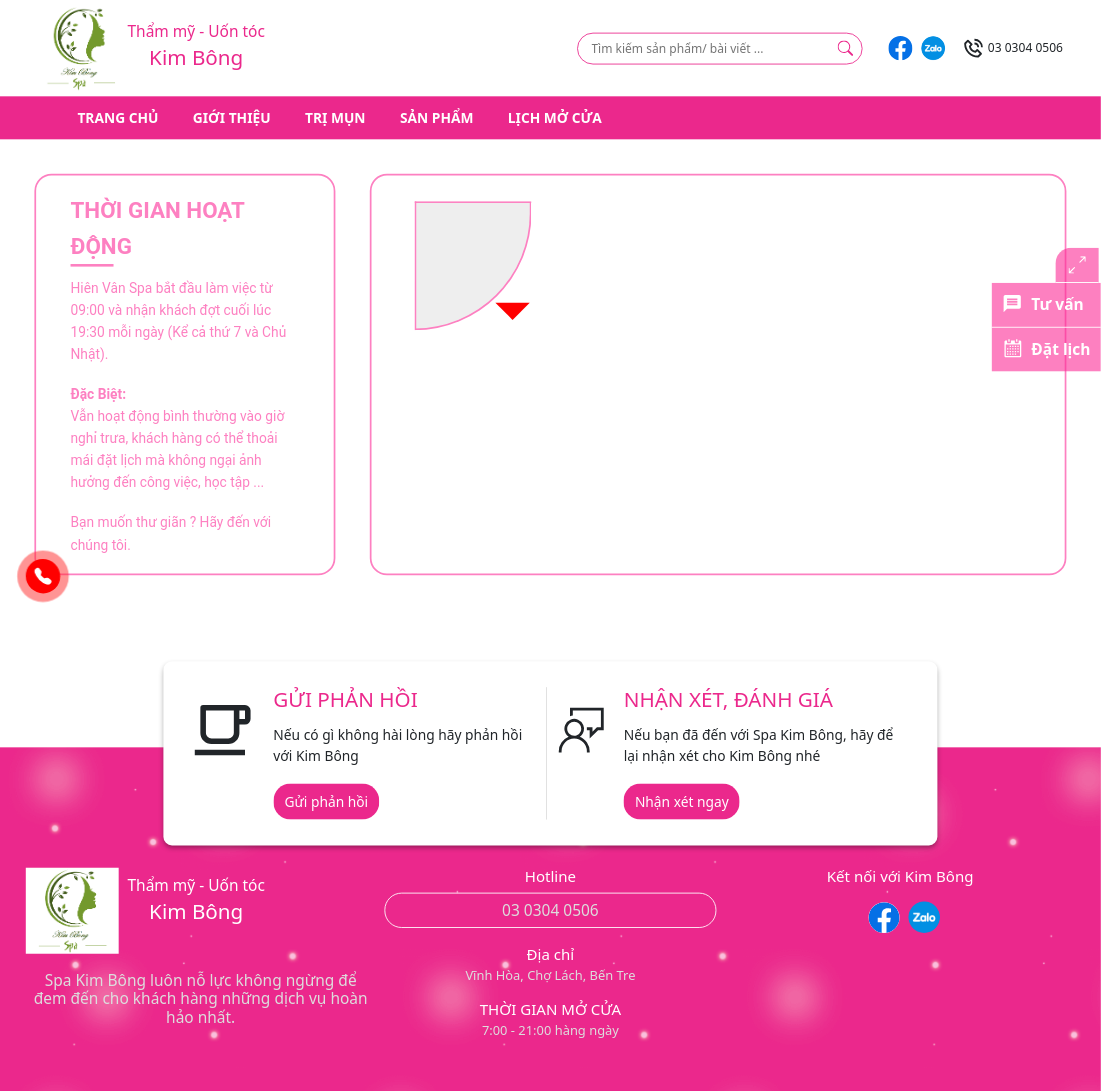
Repository: tranduykhuong/SpaKimBong
Page: /calendar
An editor plug-in stored every save of this project. The page is shown before and after the next save, followed by the edit.
The browser window is 1280 px wide. The pictures show the whole page, at 86% of full size.
The project was rebuilt for these pictures with package versions that can differ from the ones it lists, and the page was loaded fresh each time. Also part of the build but not shown: src/components/Banner/banner.scss, src/components/Banner/Banner.js, src/pages/Home/home.scss, src/pages/Home/ListImage/listImage.scss, src/pages/Home/ListImage/ListImage.js, src/pages/Home/BookOnline/bookOnl.scss, src/pages/Home/BookOnline/Modal/ModalBook/modalbook.scss, src/pages/Home/BookOnline/Modal/ModalBook/modalbook.js and 24 more.

Above is the page before, as saved 2022-06-07 10:20:55.

### src/App.js
import "./App.scss";
import Header from "./components/Header/Header";
import Home from "./pages/Home/Home";
import "bootstrap/dist/css/bootstrap.min.css";
import { Route, Routes } from "react-router-dom";
import About from "./pages/About/About";
import Products from "./pages/Product/Products";
import ProductDetail from "./pages/Product/ProductDetail/ProductDetail";
import AcneTreatment from "./pages/AcneTreatment/AcneTreatment";
import ContactToolbox from "./components/ContactToolbox/ContactToolbox";
import BackToTop from "./components/BackToTop/BackToTop";
import PhoneTool from "./components/PhoneTool/PhoneTool";
import Calendar from "./pages/Calendar/Calendar";

function App() {
  return (
    <div className="App">
      <Header />
      <ContactToolbox />
      <BackToTop />
      <PhoneTool />
      <Routes>
        <Route path="/" element={<Home />} />
        <Route path="/about" element={<About />} />
        <Route path="/products" element={<Products />} />
        <Route path="/acne" element={<AcneTreatment />} />
        <Route path="/calendar" element={<Calendar />} />

        <Route path="/products/1" element={<ProductDetail />} />
      </Routes>
    </div>
  );
}

export default App;

### src/components/ContactToolbox/ContactToolbox.js
import React, { useState } from "react";
import "./contactToolbox.scss";
import { MdMessage } from "react-icons/md";
import { GoCalendar } from "react-icons/go";
import { BsArrowsAngleExpand } from "react-icons/bs";

const ContactToolbox = () => {
  const [hidden, setHidden] = useState(false);

  return (
    <div className="contactFixed">
      <div className="toolboxScroll" onClick={() => setHidden((prev) => !prev)}>
        <BsArrowsAngleExpand className="iconArrow" />
      </div>
      <div className={"toolboxList " + (hidden ? "hidden" : "open")}>
        <div className="advise toolboxItem">
          <MdMessage className="iconMessage" />
          <p>Tư vấn</p>
        </div>
        <div className="book toolboxItem">
          <GoCalendar className="iconCalendar" />
          <p>Đặt lịch</p>
        </div>
      </div>
    </div>
  );
};

export default ContactToolbox;

### src/components/BackToTop/BackToTop.js
import React, { useEffect, useState } from "react";
import "./backToTop.scss";
import { FaRegArrowAltCircleUp } from "react-icons/fa";

const BackToTop = () => {
  const [clicked, setClick] = useState(true);
  const [hiddenArrow, setHiddenArrow] = useState(true);

  useEffect(() => {
    const handleScroll = () => {
      if (window.scrollY > 550) setHiddenArrow(false);
      else setHiddenArrow(true);
    };
    window.addEventListener("scroll", handleScroll);
    return () => {
      window.removeEventListener("scroll", handleScroll);
    };
  }, []);

  useEffect(() => {
    window.scrollTo(0, 0);
  }, [clicked]);

  return (
    <div
      className={"backToTop " + (hiddenArrow ? "" : "show")}
      onClick={() => setClick((prev) => !prev)}
    >
      <FaRegArrowAltCircleUp className="icon" />
    </div>
  );
};

export default BackToTop;

### src/components/PhoneTool/PhoneTool.js
import React from "react";
import "./phoneTool.scss";
import { BsFillTelephoneFill } from "react-icons/bs";

const PhoneTool = () => {
  return (
    <div className="phoneTool">
      <div className="phone">
        <BsFillTelephoneFill className="iconPhone" />
      </div>
      <div className="circle"></div>
    </div>
  );
};

export default PhoneTool;

### src/pages/Calendar/Calendar.js
import React from "react";
import "./calendar.scss";
import Footer from "./../../components/Footer/Footer";

const Calendar = () => {
  return (
    <div>
      <div className="container-calendar">
        <div className="container-bg-calendar">
          <div className="calendar">
            <div className="calendar-content">
              <h3>THỜI GIAN HOẠT ĐỘNG</h3>
              <p>
                Hiên Vân Spa bắt đầu làm việc từ 09:00 và nhận khách đợt cuối
                lúc 19:30 mỗi ngày (Kể cả thứ 7 và Chủ Nhật).
              </p>
              <strong id="special">Đặc Biệt:</strong>
              <p>
                Vẫn hoạt động bình thường vào giờ nghỉ trưa, khách hàng có thể
                thoải mái đặt lịch mà không ngại ảnh hưởng đến công việc, học
                tập ...
              </p>
              <p>Bạn muốn thư giãn ? Hãy đến với chúng tôi.</p>
            </div>

            <div className="calendar-boxs-day">
              <div className="calendar-boxs">
                <div className="calendar-box">
                  {/* <p><strong>MONDAY</strong></p> */}
                </div>
                {/* <div className="calendar-box"></div>
                <div className="calendar-box"></div>
                <div className="calendar-box"></div>
                <div className="calendar-box"></div>
                <div className="calendar-box"></div>
                <div className="calendar-box"></div> */}
              </div>
            </div>
          </div>
        </div>
      </div>

      <Footer />
    </div>
  );
};

export default Calendar;

### src/components/Header/header.scss
@import '../../SCSS/base/variables.scss';
$height-navbar: 5rem;

.header {
    .mg-navbar {
        margin-bottom: $height-navbar;
    }

    .infor {
        max-width: 1200px;
        padding: .6rem 0;
        display: flex;
        justify-content: space-between;
        margin: 0 auto;

        .logo {
            display: flex;
            flex: 1;

            img {
                height: 10rem;
            }

            .nameSpa {
                color: $main-color;
                margin: auto 0;

                h4 {
                    font-size: 1.8rem;
                    font-weight: 500;
                }

                h2 {
                    font-size: 2.4rem;
                }
            }
        }


        .search {
            margin: auto 0;
            border-radius: 50px;
            border: solid .1rem $main-color;
            height: 37px;
            display: flex;

            input {
                font-size: 1.4rem;
                margin: auto 16px;
                min-width: 26rem;
                border: none;
                outline: none;
            }

            .icon {
                margin: auto 10px;
                cursor: pointer;
            }

            .iconSearch {
                width: 1.8rem;
                height: 1.8rem;
                color: $main-color;

                &:hover {
                    color: #f867b2;
                }
            }
        }

        .contact {
            display: flex;
            margin-left: 20px;

            .icon {
                margin: auto 0;
                margin-left: 10px;

            }

            .iconFacebook {
                width: 2.8rem;
                height: 2.8rem;
                color: rgba($color: #0570e6, $alpha: 1.0);
            }

            .iconZalo {
                width: 2.8rem;
                height: 2.8rem;
                border-radius: 50%;
            }

            .phone {
                margin: auto 0;
                margin-left: 20px;
                display: flex;

                .iconPhone {
                    width: 2.6rem;
                    height: 2.6rem;
                }

                h3 {
                    font-size: 1.4rem;
                    font-weight: 500;
                    margin: auto 4px;
                }
            }

        }
    }

    .fixedNavbar {
        position: fixed;
        top: 0;
        left: 0;
        z-index: 50;
        width: 100%;
        animation: fixedNavbar 1s forwards;
    }

    @keyframes fixedNavbar {
        from {
            top: -5rem;
            opacity: 0;
        }

        to {
            top: 0;
            opacity: 1;
        }
    }

    .myNavbar {
        height: $height-navbar;
        background-color: $main-color;

        .navbarContent {
            max-width: 1200px;
            margin: 0 auto;

            .navbarList {
                display: flex;
                margin: 0 1rem;
                // justify-content: space-evenly;

                li {
                    list-style: none;

                    a {
                        line-height: $height-navbar;
                        height: $height-navbar;
                        display: block;
                        color: #fff;
                        font-size: 1.6rem;
                        font-weight: 600;
                        text-decoration: none;
                        padding: 0 2rem;
                    }

                    &:hover {
                        background-color: #f844a1;
                        cursor: pointer;
                    }
                }

                .active {
                    background-color: #dd0876;
                }
            }
        }
    }
}

### src/components/Footer/Footer.js
import React, { useEffect } from "react";
import "./footer.scss";
import { BsFacebook } from "react-icons/bs";
import { RiCupLine } from "react-icons/ri";
import { VscFeedback } from "react-icons/vsc";

const Footer = () => {
  return (
    <div className="footer">
      <div className="logo">
        <div className="info">
          <img src="../../img/logoSpa.png" alt="" />
          <div className="nameSpa">
            <h4>Thẩm mỹ - Uốn tóc</h4>
            <h2>Kim Bông</h2>
          </div>
        </div>

        <h5>
          Spa Kim Bông luôn nỗ lực không ngừng để đem đến cho khách hàng những
          dịch vụ hoàn hảo nhất.
        </h5>
      </div>

      <div className="address">
        <h3>Hotline</h3>
        <div className="hotline">03 0304 0506</div>
        <h3>Địa chỉ</h3>
        <h4>Vĩnh Hòa, Chợ Lách, Bến Tre</h4>
        <h3>THỜI GIAN MỞ CỬA</h3>
        <h4>7:00 - 21:00 hàng ngày</h4>
      </div>
      <div className="contact">
        <h3>Kết nối với Kim Bông</h3>
        <a href="/" className="icon">
          <BsFacebook className="iconFacebook" />
        </a>
        <a href="/" className="icon">
          <img src="../../img/Zalo.png" alt="" className="iconZalo" />
        </a>
      </div>

      <div className="subFooter">
        <div className="report">
          <RiCupLine className="icon" />
          <div>
            <h3>Gửi phản hồi</h3>
            <p>Nếu có gì không hài lòng hãy phản hồi với Kim Bông</p>
            <div className="btn">Gửi phản hồi</div>
          </div>
        </div>
        <div className="feedback">
          <VscFeedback className="icon" />
          <div>
            <h3>Nhận xét, Đánh giá</h3>
            <p>
              Nếu bạn đã đến với Spa Kim Bông, hãy để lại nhận xét cho Kim Bông
              nhé
            </p>
            <div className="btn">Nhận xét ngay</div>
          </div>
        </div>
      </div>
    </div>
  );
};

export default Footer;

### src/components/ContactToolbox/contactToolbox.scss
.contactFixed {
    position: fixed;
    top: 50%;
    transform: translateY(-50%);
    right: 0;
    z-index: 100;
    cursor: pointer;

    .toolboxScroll {
        border-top-left-radius: 1.8rem;
        background-color: rgba($color: #fc2c97, $alpha: 0.6);
        width: 5rem;
        padding: 1rem;
        color: #fff;
        transform: translateX(149%);
        border-bottom: 1px solid #fff;

        .iconArrow {
            width: 2rem;
            height: 2rem;
        }
    }

    .toolboxList {
        background-color: rgba($color: #fc2c97, $alpha: 0.6);


        .toolboxItem {
            display: flex;
            padding: 1.2rem;
            color: #fff;

            p {
                font-size: 1.8rem;
                margin: 0;
                padding-left: 1rem;
                font-weight: 600;
            }
        }

        .advise {
            border-bottom: 1px solid #fff;

            .iconMessage {
                width: 2.4rem;
                height: 2.4rem;
            }
        }

        .book {

            .iconCalendar {
                width: 2.4rem;
                height: 2.4rem;
            }
        }
    }

    .hidden {
        animation: toRight 0.8s linear forwards;
    }

    .open {
        animation: toLeft 0.8s linear backwards;
    }

    @keyframes toRight {
        to {
            transform: translateX(62%);
        }
    }

    @keyframes toLeft {
        from {
            transform: translateX(62%);

        }

        to {
            transform: translateX(0);
        }
    }
}

### src/components/BackToTop/backToTop.scss
.backToTop {
    position: fixed;
    bottom: 2rem;
    right: 2rem;
    z-index: 100;
    display: none;

    .icon {
        width: 4rem;
        height: 4rem;
        color: #fa72b8;
        cursor: pointer;
    }
}

.show {
    animation: FadeIn 0.8s forwards;
    display: block;

    @keyframes FadeIn {
        from {
            bottom: 0;
        }

        to {
            bottom: 2rem;
        }
    }
}

### src/components/PhoneTool/phoneTool.scss
.phoneTool {
    position: fixed;
    width: 6rem;
    height: 6rem;
    left: 1rem;
    border-radius: 50%;
    bottom: 3rem;
    z-index: 100;
    cursor: pointer;

    .phone {
        position: absolute;
        z-index: 5;
        top: 34%;
        left: 34%;
        background-color: red;
        padding: 1rem;
        border-radius: 50%;
        animation: phoneSkin 1s infinite ease-in-out;

        .iconPhone {
            height: 2rem;
            width: 2rem;
            color: #fff;

        }

        @keyframes phoneSkin {
            0% {
                transform: rotate(0) scale(1) skew(1deg);
            }

            10% {
                transform: rotate(-25deg) scale(1) skew(1deg);
            }

            20% {
                transform: rotate(25deg) scale(1) skew(1deg);
            }

            30% {
                transform: rotate(-25deg) scale(1) skew(1deg);
            }

            40% {
                transform: rotate(25deg) scale(1) skew(1deg);
            }

            50% {
                transform: rotate(0) scale(1) skew(1deg);
            }

            100% {
                transform: rotate(0) scale(1) skew(1deg);
            }
        }
    }

    .circle {
        position: absolute;
        width: 6rem;
        height: 6rem;
        border-radius: 50%;
        top: 16%;
        left: 16%;
        background-color: rgba($color: rgb(255, 42, 42), $alpha: 0.5);
        animation: zoom 1s infinite;

        @keyframes zoom {
            0% {
                transform: scale(0.9);
            }

            70% {
                transform: scale(1);
                box-shadow: 0 0 0 15px transparent;
            }

            100% {
                transform: scale(0.9);
                box-shadow: 0 0 0 0 transparent;
            }
        }
    }
}

### src/pages/Calendar/calendar.scss
.container-calendar {
  .container-bg-calendar {
    .calendar {
      display: flex;
      width: 100%;
      text-align: left;
      padding: 4rem;
      font-family: "Roboto", sans-serif;

      .calendar-content {
        width: 30%;
        border: solid 2px #fd80c1;
        // border-bottom-left-radius: 20px;
        // border-top-left-radius: 20px;
        // border-top-right-radius: 20px;
        border-radius: 20px;
        padding: 2rem 4rem 0;
        margin-right: 4rem;
        h3 {
          margin: 0 0 13px;
          color: #fd80c1;
          font-size: 26px;
          font-weight: bold;
          line-height: 1.6;
        }

        h3:after {
          content: "";
          display: block;
          width: 5rem;
          height: 0.25rem;
          background: #fd80c1;
        }

        #special {
          color: #fd80c1;
          font-size: 16px;
          line-height: 1.6;
          margin-bottom: 0;
        }

        p {
          margin: 0 0 21px;
          color: #fd80c1;
          font-size: 16px;
          line-height: 1.6;
        }
      }

      .calendar-boxs-day {
        width: 70%;
        border: solid 2px #fd80c1;
        border-radius: 20px;
        padding: 3rem 0 2rem 5rem;

        .calendar-boxs {
          display: flex;
          width: 100%;
          flex-wrap: wrap;

          .calendar-box {
            margin: 0 1rem 1rem 0;
            width: 18%;
            height: 15rem;
            border: solid 2px #fd80c1;
            border-bottom-right-radius: 20rem;


            // margin: 10px;
            // width: 300px;
            // height: 200px;
            background-color: #eee;
            // border-radius: 30px;
            position: relative;

            // p{
            //   font: 30px "Roboto", sans-serif;
            // }
          }
          .calendar-box:before {
            content: "";
            position: absolute;
            bottom: 1rem;
            right: 0;
            border-top: 2rem solid red;
            border-right: 2rem solid transparent;
            border-left: 2rem solid transparent;
          }
        }
      }
    }
  }
}

### src/SCSS/base/variables.scss
$main-color: #eb288c;
$text-color: #444;
$title-color: #fff;

### src/components/Footer/footer.scss
@import '../../SCSS/base/variables.scss';

.footer {
    background-image: url(../../../public/img/sparkle1.png), url(../../../public/img/sparkle2.png);
    width: 100%;
    height: 400px;
    background-color: $main-color;
    animation: sparkle 60s linear infinite;
    padding: 14rem 3rem 0;
    display: flex;
    justify-content: space-around;
    position: relative;
    margin-top: 16rem;

    .logo {
        flex: 1;

        .info {
            display: flex;

            img {
                height: 10rem;
            }

            .nameSpa {
                color: $title-color;
                margin: 1rem;

                h4 {
                    font-size: 1.8rem;
                    font-weight: 500;
                }

                h2 {
                    font-size: 2.4rem;
                }
            }
        }

        h5 {
            margin: 2rem .6rem;
            font-size: 1.8rem;
            font-weight: 400;
            color: #ddd;
        }
    }

    .contact {
        flex: 1;
        text-align: center;

        h3 {
            margin-bottom: 1.8rem;
            color: $title-color;
        }

        .icon {
            margin: auto 0;
            margin-left: 10px;

        }

        .iconFacebook {
            width: 3.6rem;
            height: 3.6rem;
            color: rgba($color: #0570e6, $alpha: 1.0);
            background-color: $title-color;
            border-radius: 50%;
        }

        .iconZalo {
            width: 3.7rem;
            height: 3.7rem;
            border-radius: 50%;
        }
    }

    .address {
        color: #ddd;
        flex: 1;
        text-align: center;

        h3 {
            // margin-bottom: 2rem;
            color: $title-color;
        }

        h4 {
            margin-bottom: 2rem;
        }

        .hotline {
            padding: .6rem;
            font-size: 1.8rem;
            margin: .8rem 1rem 2rem;
            border: 1px solid $title-color;
            border-radius: 2rem;

            &:hover {
                color: $title-color;
                cursor: pointer;
            }
        }
    }

    @keyframes sparkle {
        0% {
            background-position: 0px 0px, 0px 0px, 0px 0px;
        }

        100% {
            background-position: -500px -1000px, -400px -400px, 300px 300px;
        }
    }

    .subFooter {
        width: 100%;
        max-width: 90rem;
        min-height: 20rem;
        box-shadow: 0 3px 6px -4px rgba(0, 0, 0, 0.2), 0 3px 6px rgba(0, 0, 0, 0.3);

        background-color: #fff;
        border-radius: 1rem;
        z-index: 50;
        top: -10rem;
        left: 50%;
        transform: translateX(-50%);
        position: absolute;
        display: flex;
        padding: 3rem;
        justify-content: space-around;

        .report,
        .feedback {
            display: flex;
            flex: 1;
            justify-content: center;
            text-align: left;

            h3 {
                text-transform: uppercase;
                font-size: 2.4rem;
                color: $main-color;
            }

            p {
                font-size: 1.6rem;
                padding: 1rem 1.4rem 1rem 0;
            }

            .icon {
                height: 10rem;
                width: 10rem;
                margin-right: 2rem;
            }

            .btn {
                padding: 0.8rem 1.2rem;
                background-color: $main-color;
                border-radius: 2rem;
                font-size: 1.6rem;
                color: #fff;

                &:hover {
                    background-color: #cc1574;
                }
            }
        }

        .report {
            border-right: 1px solid #ddd;
        }

        .feedback {
            margin-left: 1rem;
        }
    }
}

Loaded but not shown: public/index.html (common file); src/index.js (common file); src/index.css (common file); src/reportWebVitals.js (common file); src/App.scss (common file); src/components/Header/Header.js (92 lines, source omitted)

After the next save:
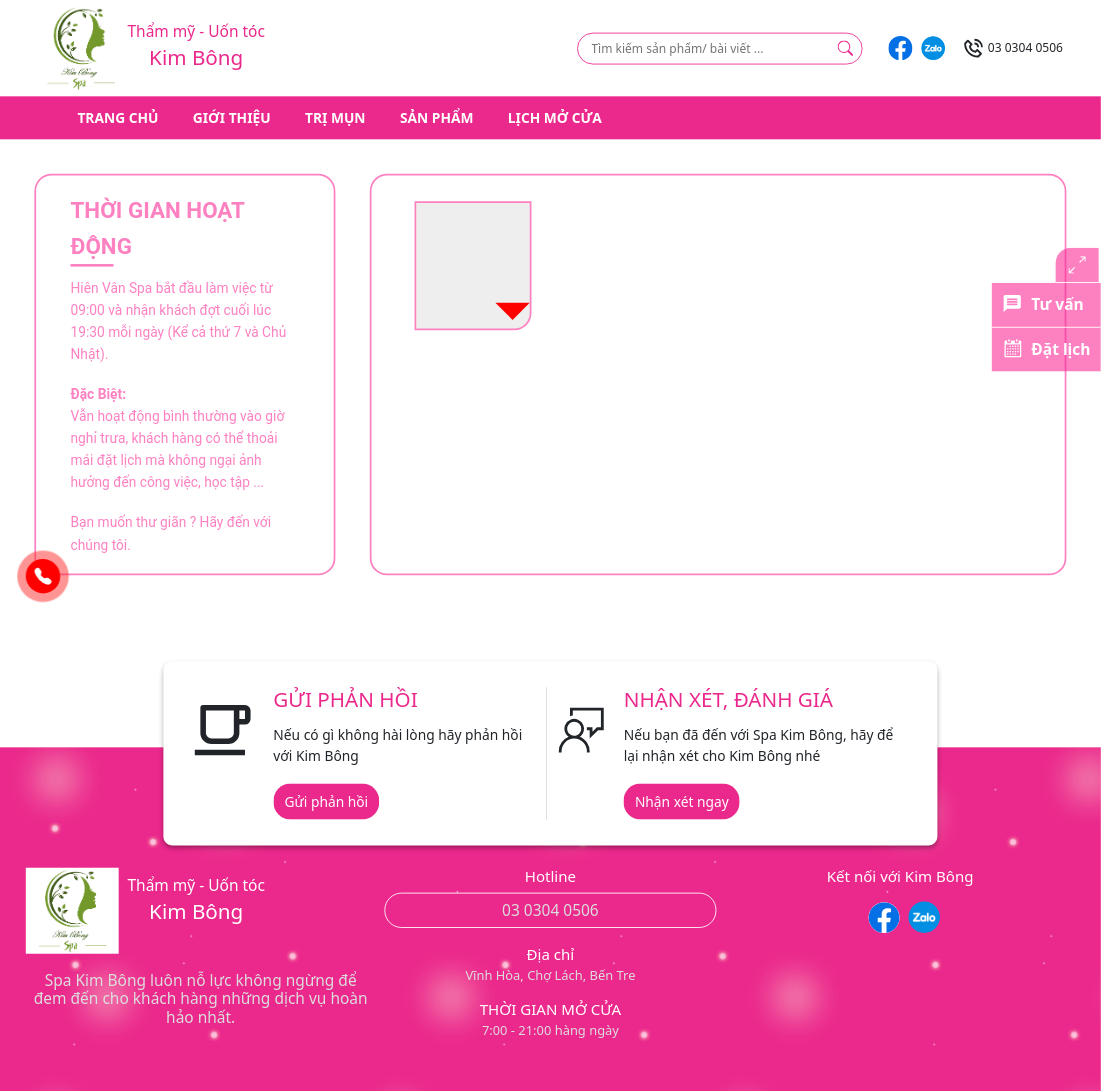
Saved 7 s later.
--- a/src/pages/Calendar/calendar.scss
+++ b/src/pages/Calendar/calendar.scss
@@ -63,7 +63,7 @@
             width: 18%;
             height: 15rem;
             border: solid 2px #fd80c1;
-            border-bottom-right-radius: 20rem;
+            border-bottom-right-radius: 2rem;
 
 
             // margin: 10px;
